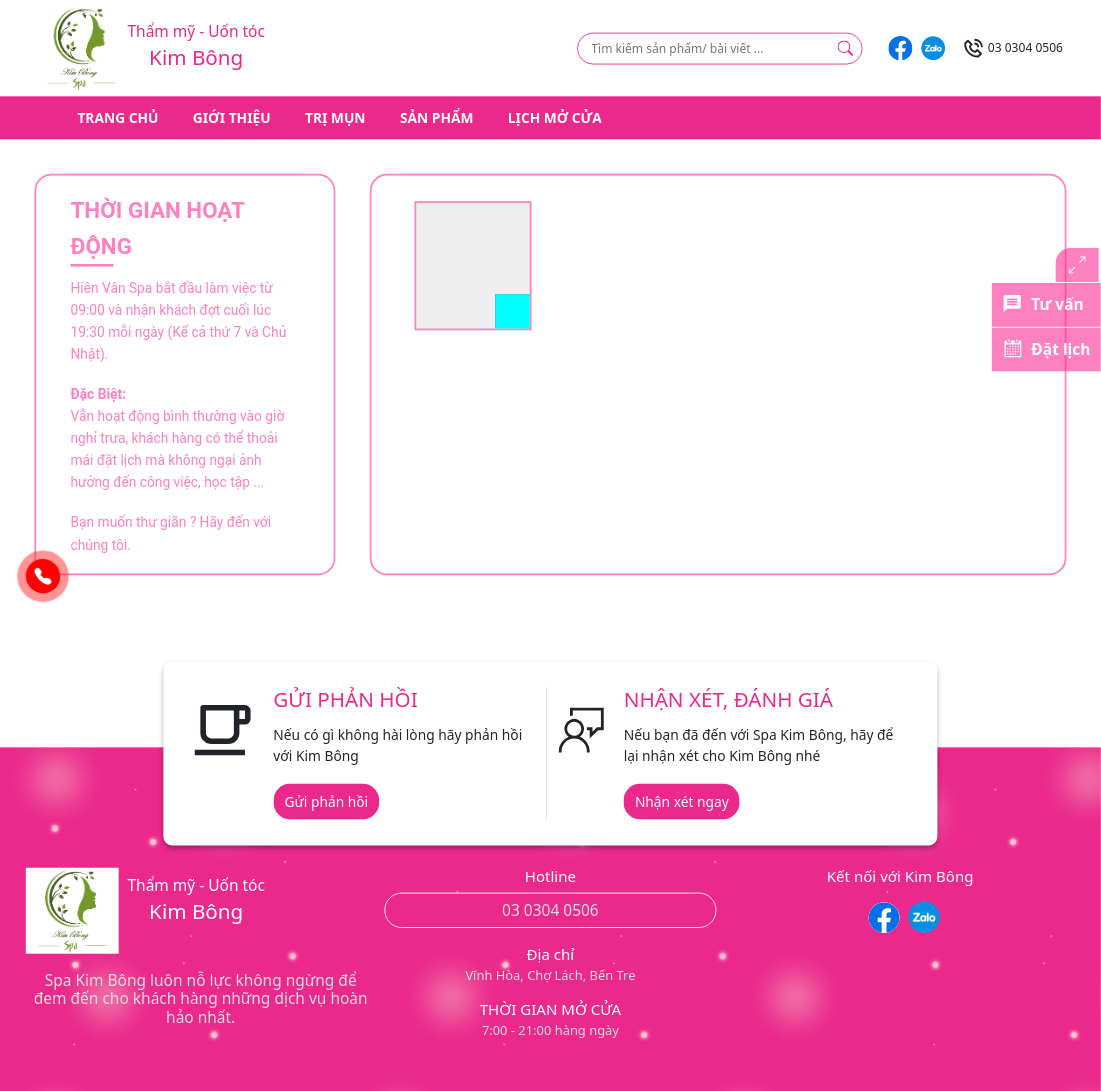
Repository: tranduykhuong/SpaKimBong
Page: /calendar
The author's editor kept a copy of each file at every save. The page is drawn from the files as they stood at one save, then again after the next save.
The browser window is 1280 px wide. The pictures show the whole page, at 86% of full size.
The project was rebuilt for these pictures with package versions that can differ from the ones it lists, and the page was loaded fresh each time. Also part of the build but not shown: src/components/Banner/banner.scss, src/components/Banner/Banner.js, src/pages/Home/home.scss, src/pages/Home/ListImage/listImage.scss, src/pages/Home/ListImage/ListImage.js, src/pages/Home/BookOnline/bookOnl.scss, src/pages/Home/BookOnline/Modal/ModalBook/modalbook.scss, src/pages/Home/BookOnline/Modal/ModalBook/modalbook.js and 24 more.

Above is the page before, as saved 2022-06-07 10:28:29.

After the next save:
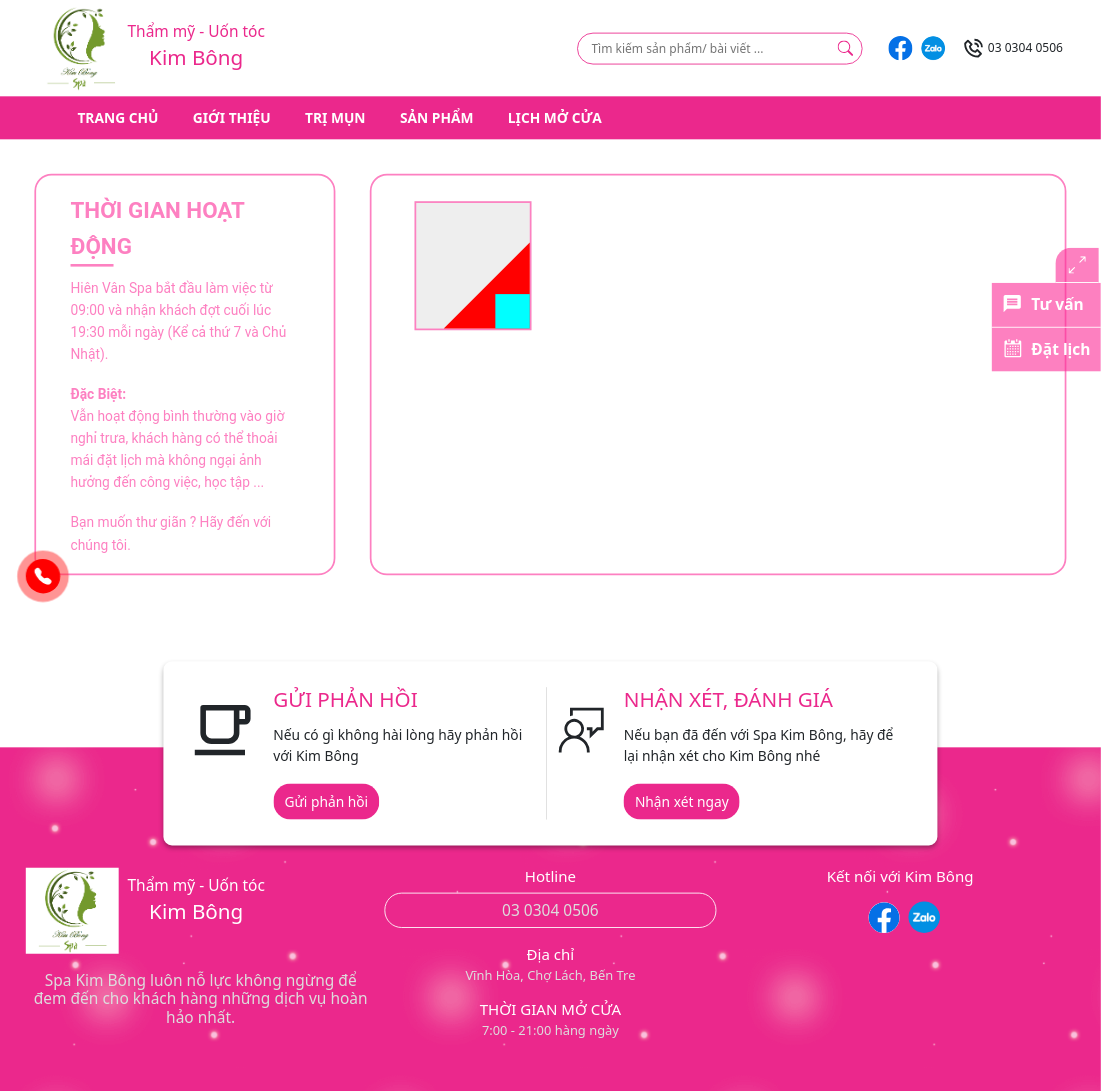
Saved 74 s later.
--- a/src/pages/Calendar/calendar.scss
+++ b/src/pages/Calendar/calendar.scss
@@ -65,7 +65,6 @@
             border: solid 2px #fd80c1;
             // border-bottom-right-radius: 2rem;
 
-
             // margin: 10px;
             // width: 300px;
             // height: 200px;
@@ -82,11 +81,13 @@
             position: absolute;
             bottom: 0;
             right: 0;
-            border-top: 4rem solid red;
-            border-right: 4rem solid transparent;
-            border-left: -1rem solid transparent;
+            // border-top: 4rem solid red;
+            // border-right: 4rem solid transparent;
+            // border-left: -1rem solid transparent;
+            border-bottom: 100px solid red;
+            border-left: 100px solid transparent;
           }
-          .calendar-box:after{
+          .calendar-box:after {
             content: "";
             position: absolute;
             bottom: 0;
